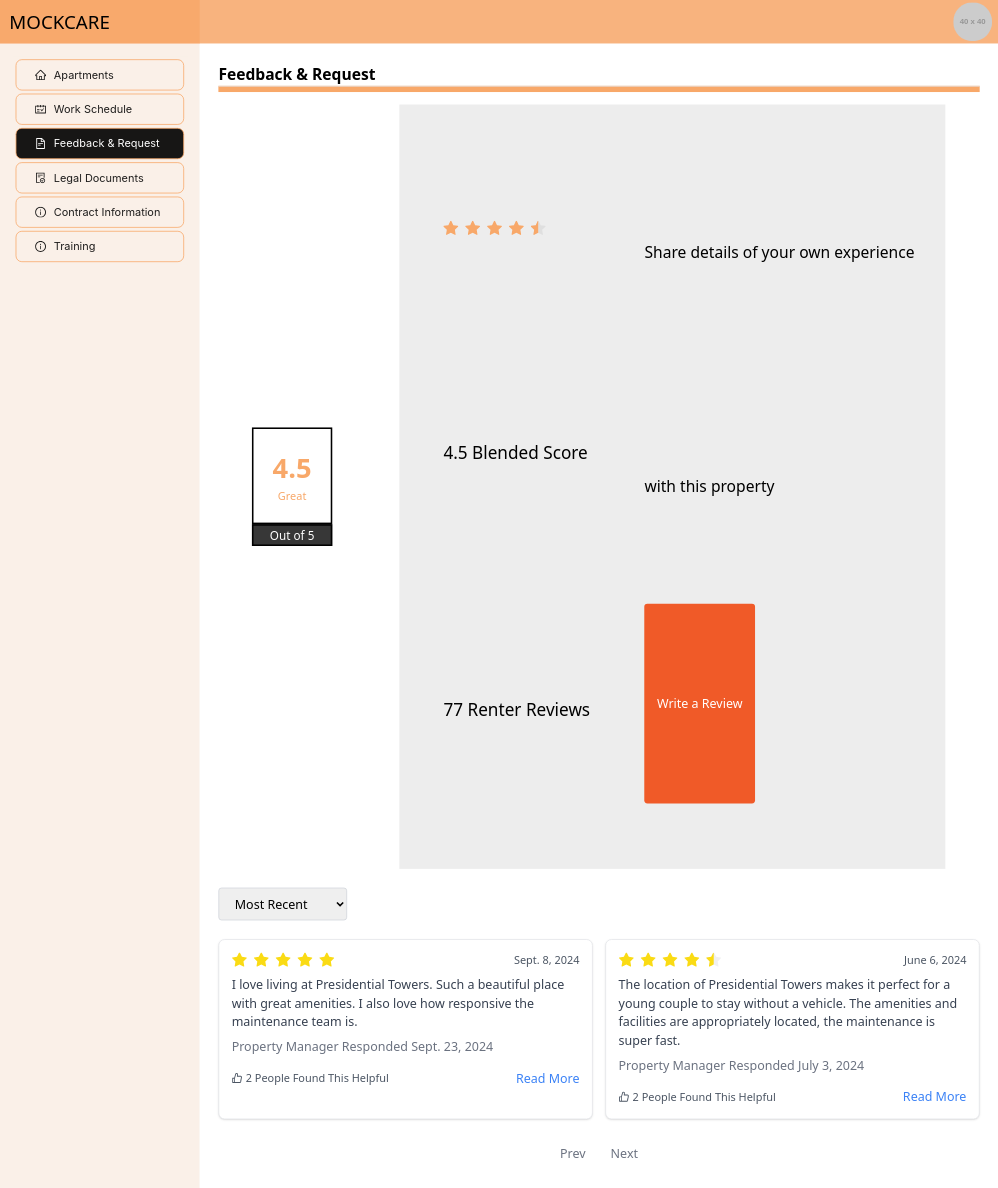
Repository: dunh-real/MockProject_102024_Nhom4
Page: / (app in frontend/)
An editor plug-in stored every save of this project. The page is shown before and after the next save, followed by the edit.
The browser window is 1280 px wide. The pictures show the whole page, at 78% of full size.
The project was rebuilt for these pictures with package versions that can differ from the ones it lists, and the page was loaded fresh each time. Also part of the build but not shown: frontend/vite.config.js, frontend/vite.config.ts, frontend/src/App.css, frontend/src/component/ReviewModal.tsx.

Above is the page before, as saved 2024-10-09 13:29:12.

After the next save:
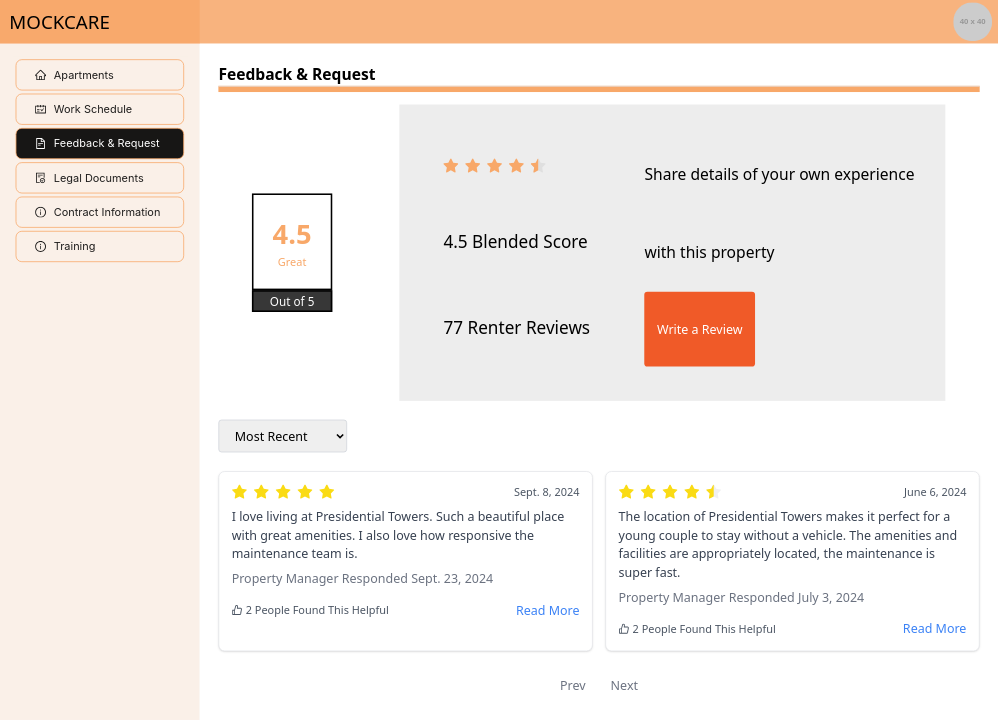
Saved 6 s later.
--- a/frontend/src/pages/Feedback&Request/Feedback&Request.tsx
+++ b/frontend/src/pages/Feedback&Request/Feedback&Request.tsx
@@ -76,7 +76,7 @@ const ReviewList: React.FC = () => {
                             </div>
                         </div>
                         <div className='bg-[#d9d9d97b] flex justify-between'
-                         style={{ width: '100%', maxWidth: '700px', padding:40, lineHeight:15}}
+                         style={{ width: '100%', maxWidth: '700px', padding:40, lineHeight:5}}
                         >
                             <div className="ml-4 ">
                                 <Rate allowHalf defaultValue={4.5} disabled style={{color:'#F8A869'}} />
